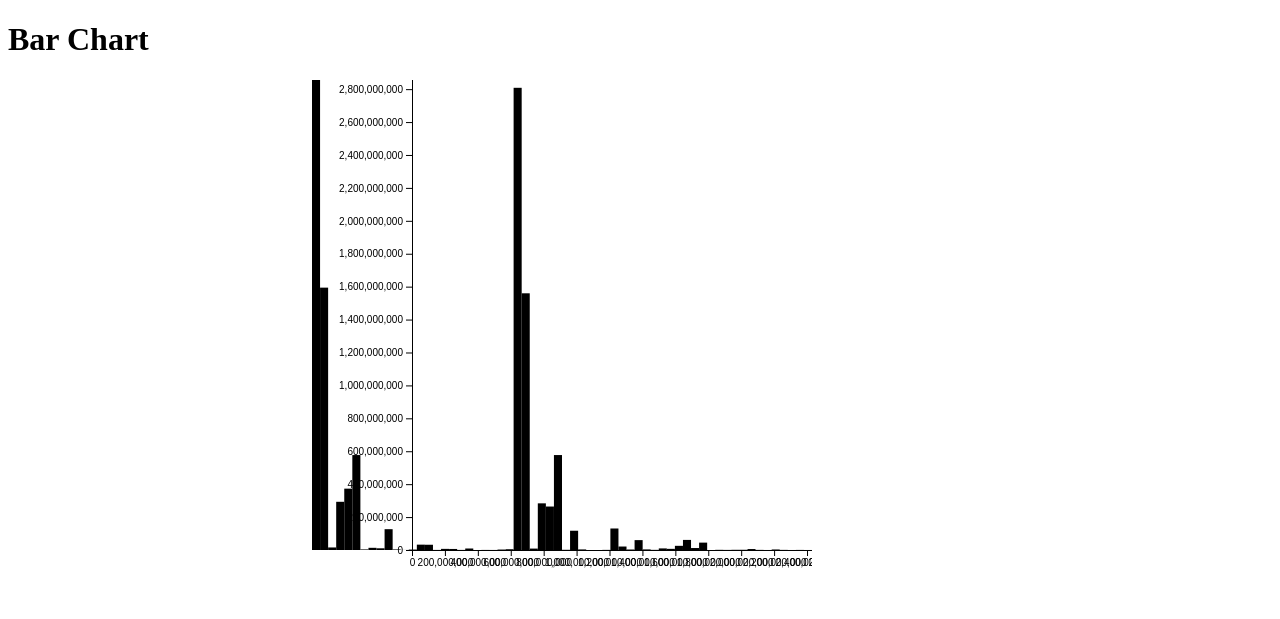
Repository: komalharjani/d3js-visualisation
Page: index.html
The author's editor kept a copy of each file at every save. The page is drawn from the files as they stood at one save, then again after the next save.
The browser window is 1280 px wide. The pictures show the whole page.

Above is the page before, as saved 2020-04-29 18:21:43.

After the next save:
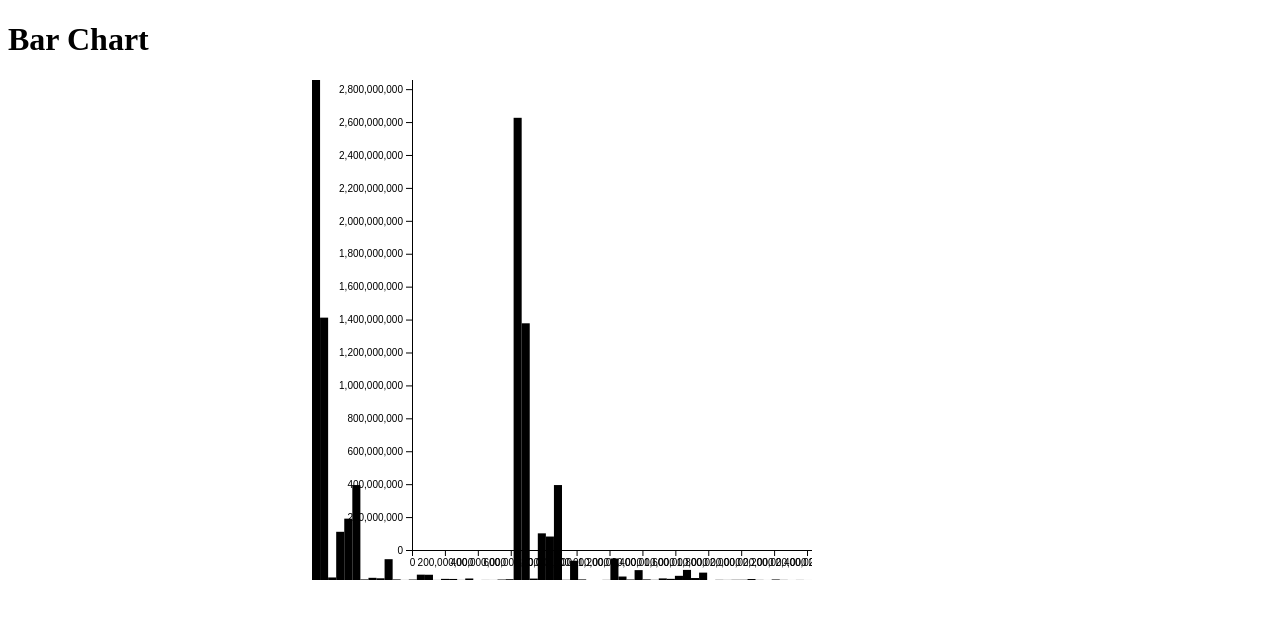
Saved 14 s later.
--- a/index.js
+++ b/index.js
@@ -79,7 +79,7 @@
                         .attr("width", barwidth)
                         //problem is here with displaying axis and
                         .attr("transform", function (d, i) {
-                                let translate = [barwidth * i, -30];
+                                let translate = [barwidth * i,0];
                                 return "translate(" + translate + ")";
                         })
                         .attr("fill", 'black');

After the save that followed:
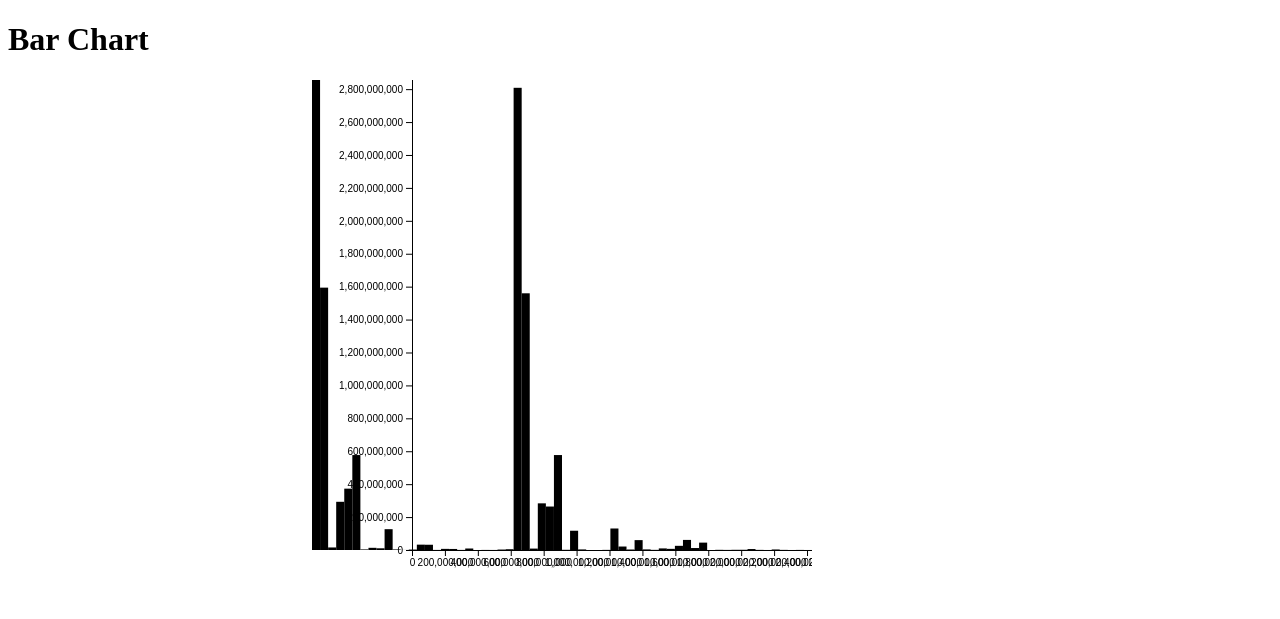
Saved 4 s later.
--- a/index.js
+++ b/index.js
@@ -79,7 +79,7 @@
                         .attr("width", barwidth)
                         //problem is here with displaying axis and
                         .attr("transform", function (d, i) {
-                                let translate = [barwidth * i,0];
+                                let translate = [barwidth * i,-30];
                                 return "translate(" + translate + ")";
                         })
                         .attr("fill", 'black');
